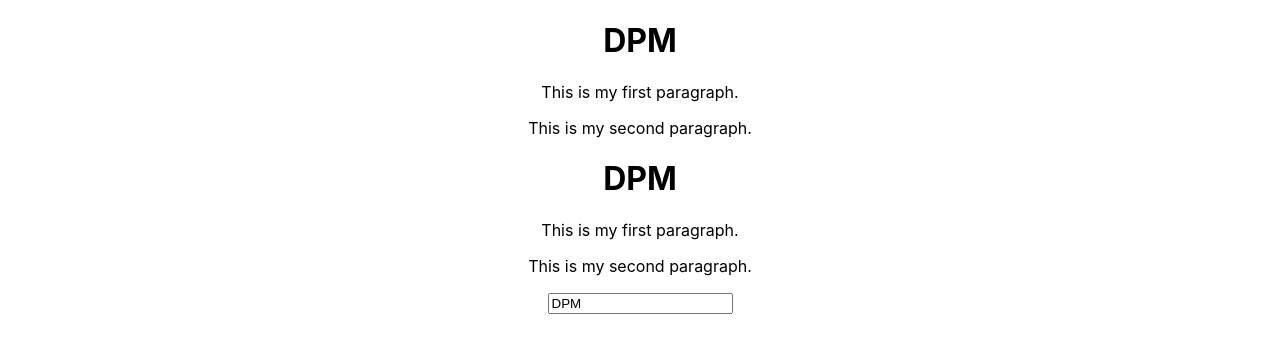
Repository: AidanHak/udemy-react-guide
Page: / (app in base-syntax--assignment-problem/)
The author's editor kept a copy of each file at every save. The page is drawn from the files as they stood at one save, then again after the next save.
The browser window is 1280 px wide. The pictures show the whole page.
The project was rebuilt for these pictures with package versions that can differ from the ones it lists, and the page was loaded fresh each time.

Above is the page before, as saved 2020-12-17 19:29:29.

After the next save:
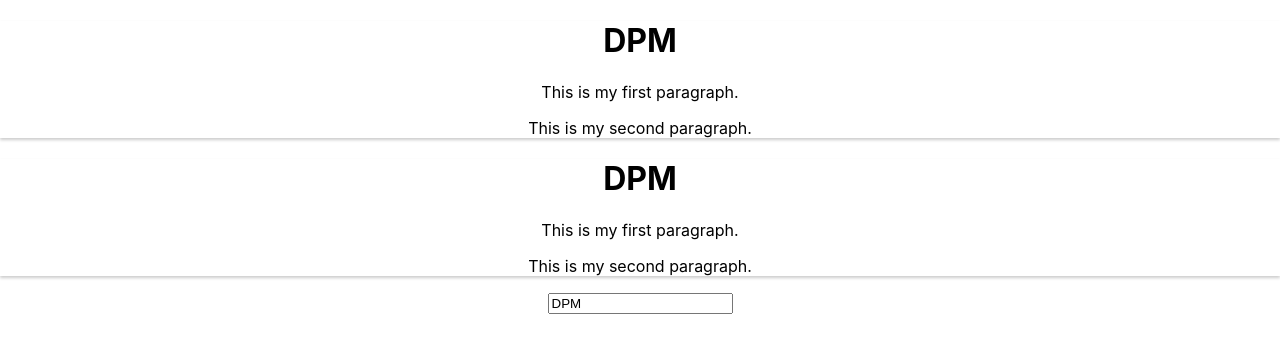
Saved 3 min 38 s later.
--- a/base-syntax--assignment-problem/src/UserOutput/UserOutput.js
+++ b/base-syntax--assignment-problem/src/UserOutput/UserOutput.js
@@ -1,8 +1,12 @@
 import React from 'react';
 
 const UserOutput = (props) => {
+	const style = {
+		boxShadow: '0 2px 3px #ccc'
+	}
+
 	return (
-		<div className="UserOutput">
+		<div className="UserOutput" style={style}>
 			<h1>{props.username}</h1>
 			<p>This is my first paragraph.</p>
 			<p>This is my second paragraph.</p>
